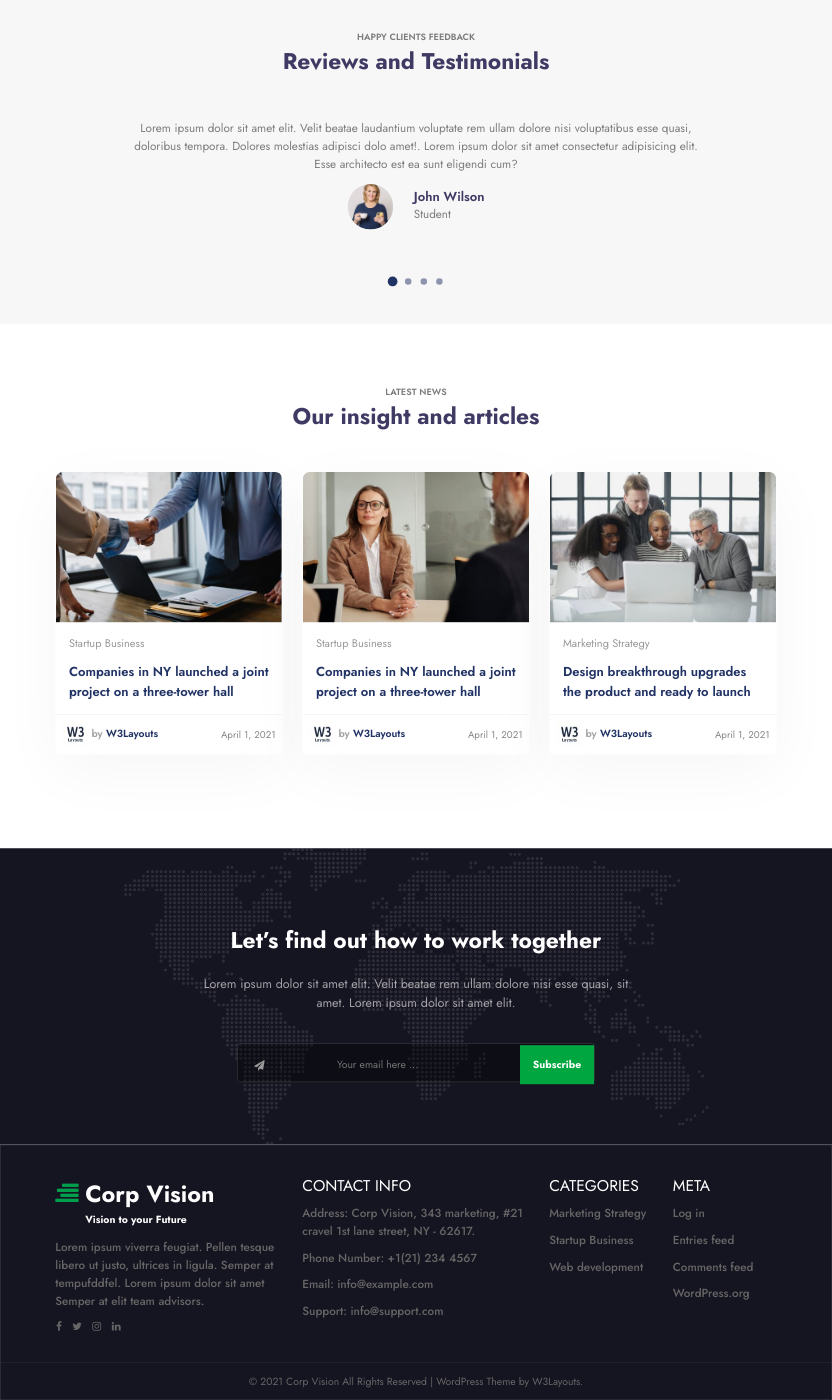
Repository: khaipnp/corpvision
Page: index.html
An editor plug-in stored every save of this project. The page is shown before and after the next save, followed by the edit.
The browser window is 1280 px wide. The pictures show the whole page, at 65% of full size.

Above is the page before, as saved 2021-07-04 17:24:42.

After the next save:
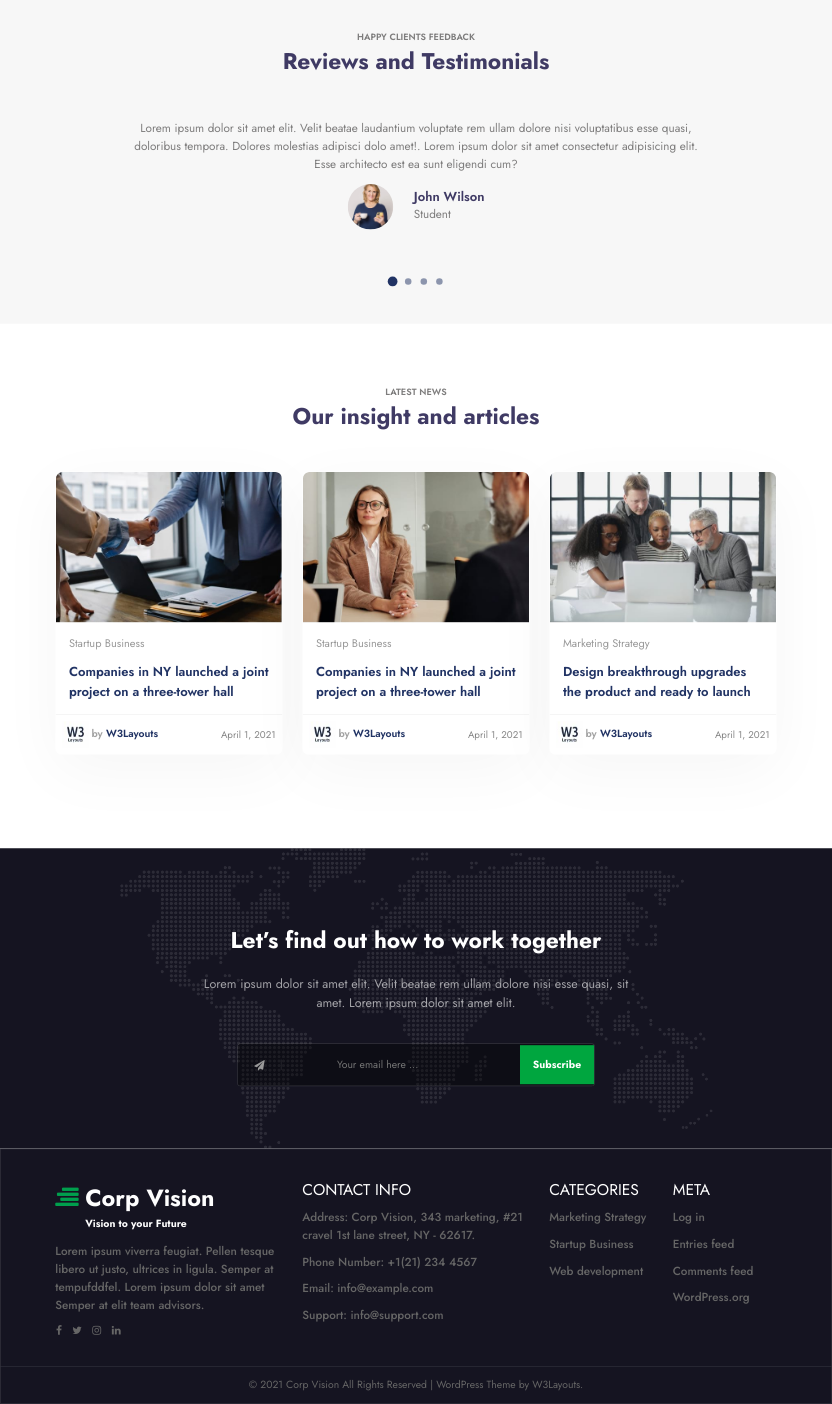
Saved 36 s later.
--- a/css/main.css
+++ b/css/main.css
@@ -196,7 +196,6 @@ body {
   align-items: center;
   border: 1px solid rgb(255, 255, 255, 0.15);
   border-radius: 5px;
-  height: 60px;
   background: rgb(0, 0, 0, 0.35);
   max-width: 550px;
   margin: auto;
